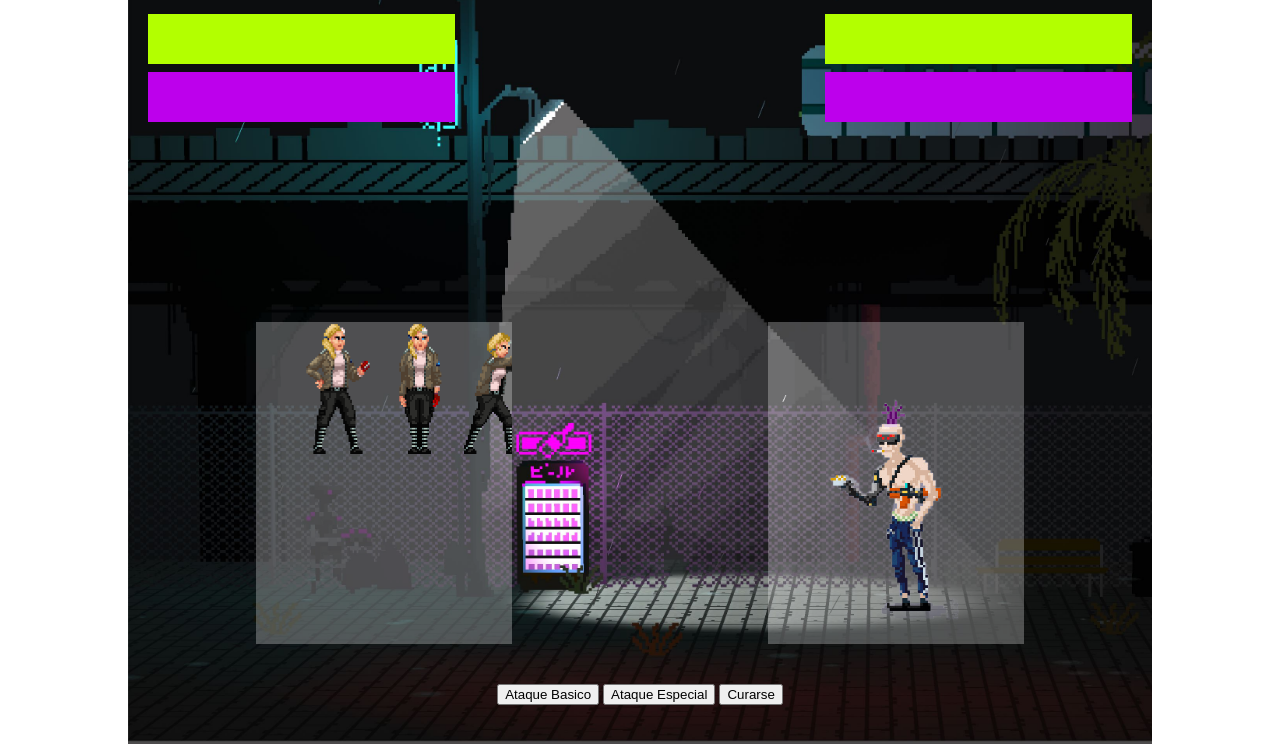
Repository: NovaDuel/novaduel-game
Page: index.html
The author's editor kept a copy of each file at every save. The page is drawn from the files as they stood at one save, then again after the next save.
The browser window is 1280 px wide. The pictures show the whole page.

Above is the page before, as saved 2024-03-25 16:05:51.

After the next save:
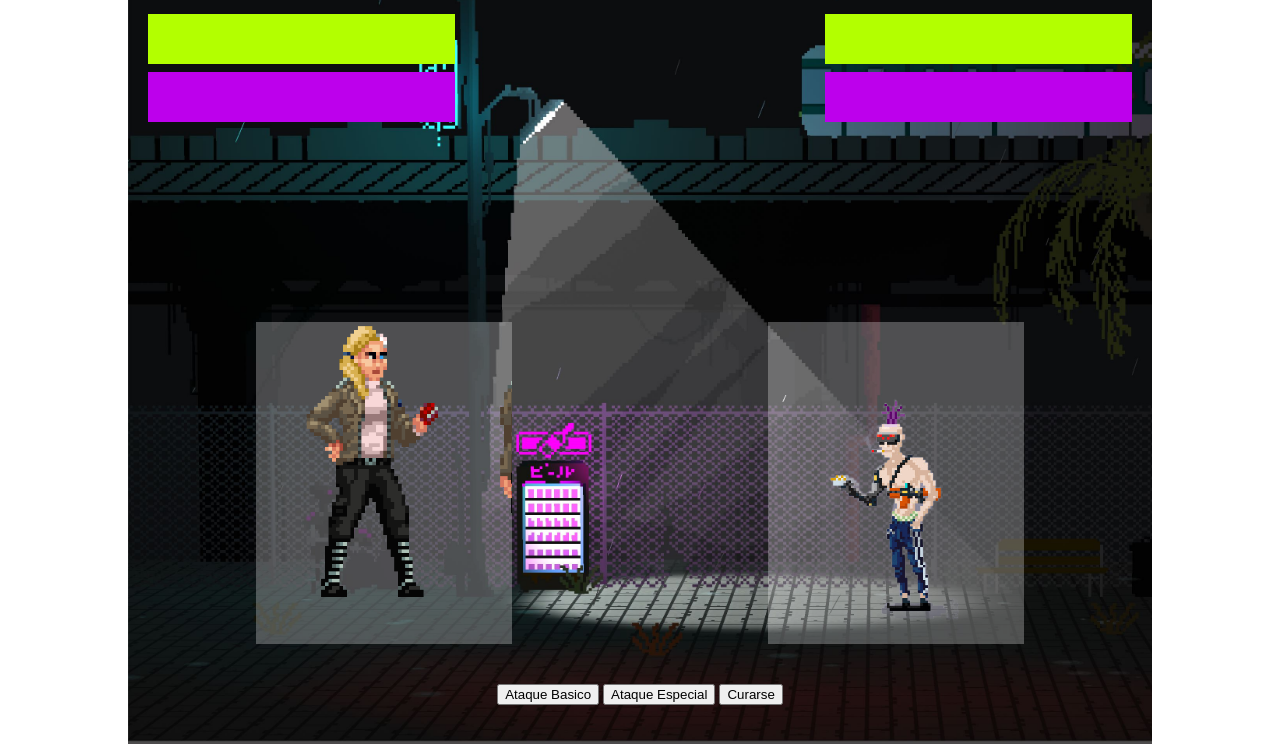
Saved 4 s later.
--- a/style.css
+++ b/style.css
@@ -60,7 +60,7 @@ body {
 
 #player {
     background-position-x: 50px;
-    background-size: 120%;
+    background-size: 250%;
     background-repeat: no-repeat;
     background-image: url(./images/player.png)
 }
